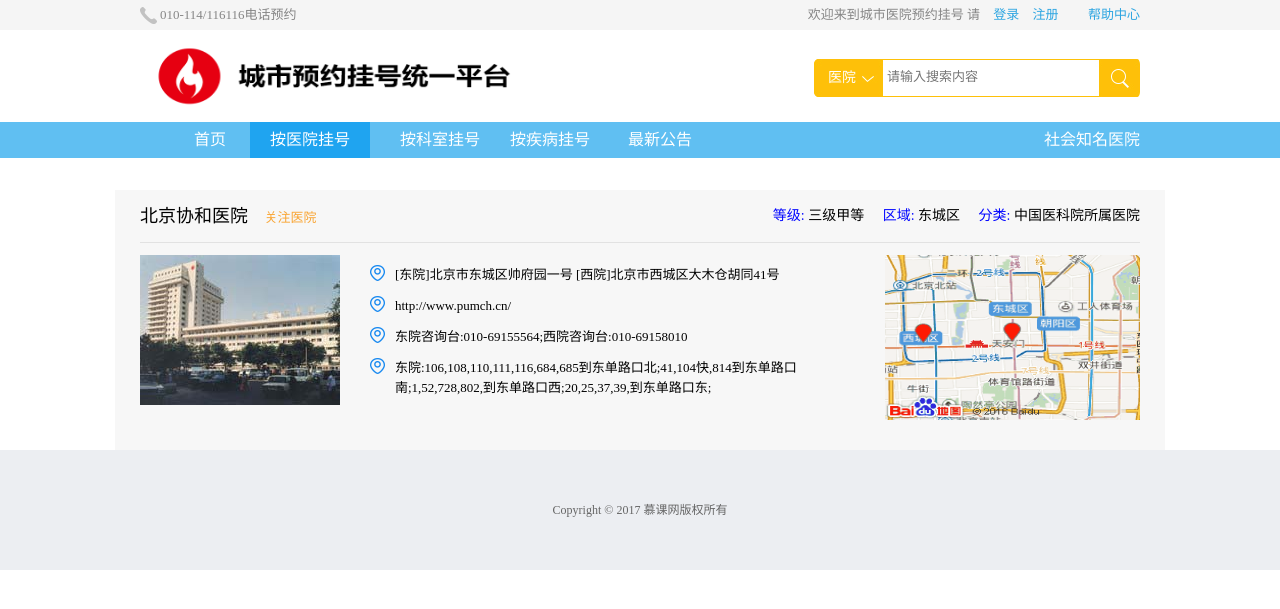
Repository: ScarApocalypse/study
Page: 挂号平台/hospital_detail.html
These files come from the project's save history. The page is drawn as it stood at one moment and after the next save; the edit follows.
The browser window is 1280 px wide. The pictures show the whole page.

Above is the page before, as saved 2019-01-22 22:39:14.

After the next save:
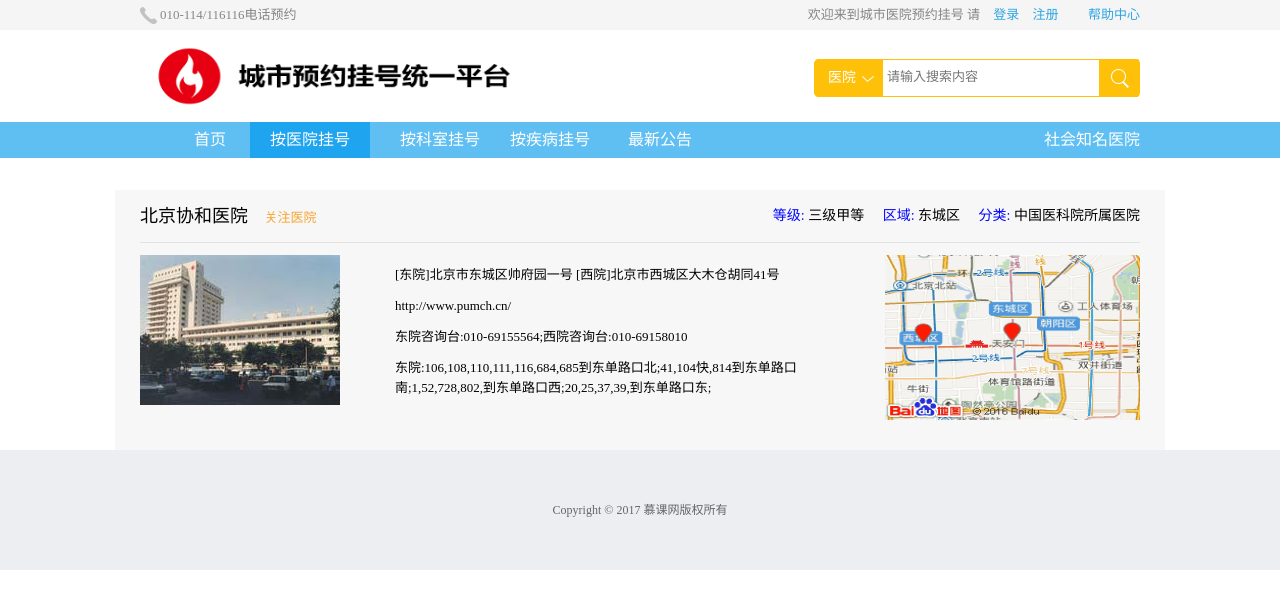
Saved 25 s later.
--- a/挂号平台/css/hospital_detail.css
+++ b/挂号平台/css/hospital_detail.css
@@ -46,7 +46,7 @@
 .hospitalDetail .hospitalDetail-content .phone,
 .hospitalDetail .hospitalDetail-content .message,
 .hospitalDetail .hospitalDetail-content .address{
-    background: url(../img/icon-web.png) 0 0 no-repeat;
+    background: url(../img/icon-web.png) 0 0 no-repeat center;
     padding-left:25px;
     font-size:13px;
     line-height: 20px;

After the save that followed:
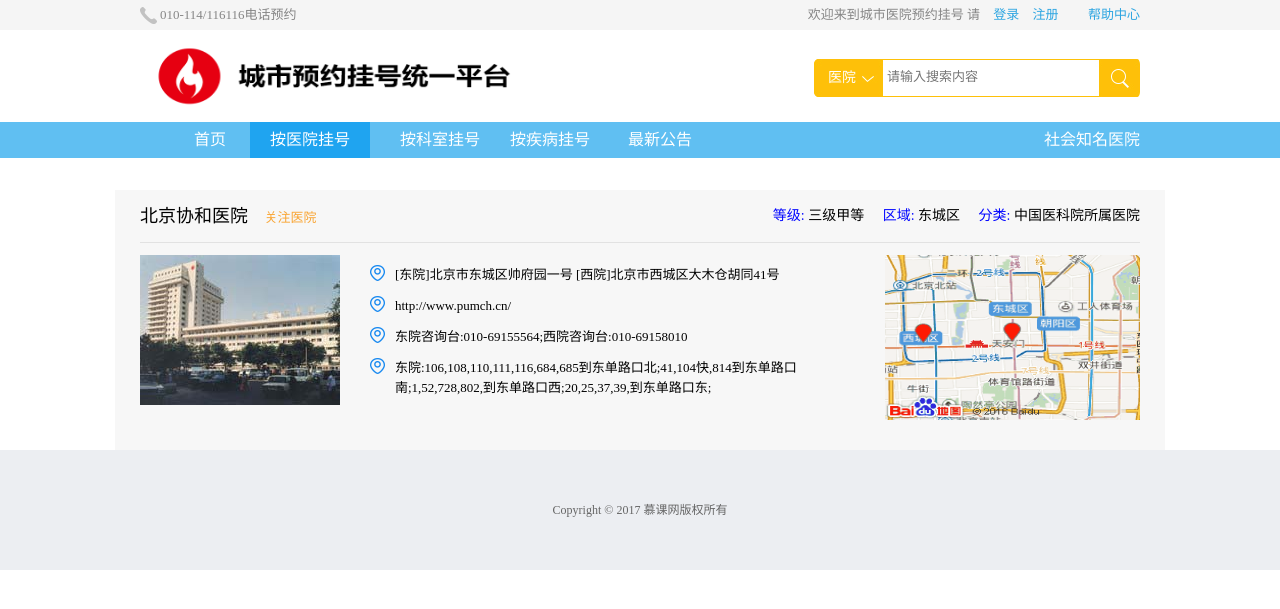
Saved 4 s later.
--- a/挂号平台/css/hospital_detail.css
+++ b/挂号平台/css/hospital_detail.css
@@ -46,7 +46,7 @@
 .hospitalDetail .hospitalDetail-content .phone,
 .hospitalDetail .hospitalDetail-content .message,
 .hospitalDetail .hospitalDetail-content .address{
-    background: url(../img/icon-web.png) 0 0 no-repeat center;
+    background: url(../img/icon-web.png) 0 0 no-repeat;
     padding-left:25px;
     font-size:13px;
     line-height: 20px;
